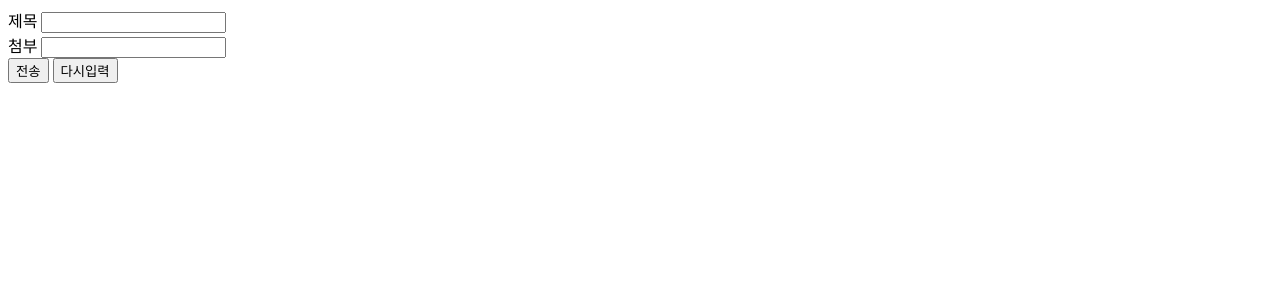
Repository: shyeom94/jspstudy
Page: 01_servlet/src/main/webapp/pkg06_upload/NewFile.html
The author's editor kept a copy of each file at every save. The page is drawn from the files as they stood at one save, then again after the next save.
The browser window is 1280 px wide. The pictures show the whole page.

Above is the page before, as saved 2024-02-28 06:47:37.

After the next save:
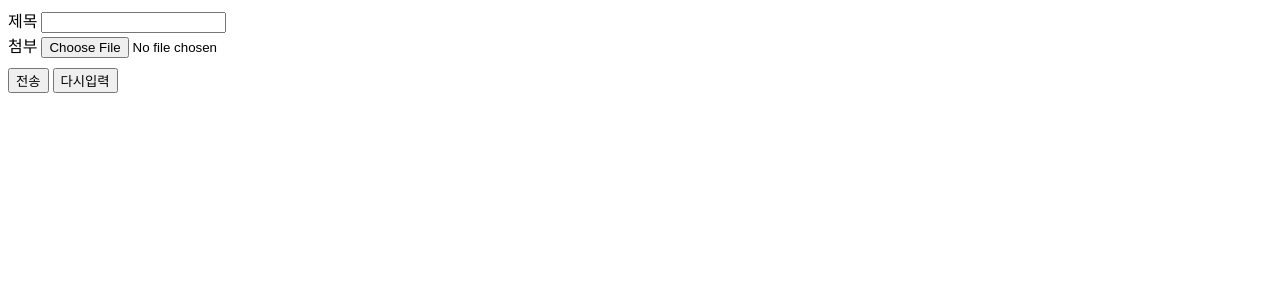
Saved 69 s later.
--- a/01_servlet/src/main/webapp/pkg06_upload/NewFile.html
+++ b/01_servlet/src/main/webapp/pkg06_upload/NewFile.html
@@ -5,6 +5,11 @@
 <title>pkg06_upload</title>
 <!-- CDN을 이용하기 -->
 <script src="https://code.jquery.com/jquery-3.7.1.min.js" integrity="sha256-/JqT3SQfawRcv/BIHPThkBvs0OEvtFFmqPF/lYI/Cxo=" crossorigin="anonymous"></script>
+<style>
+.btn-wrap {
+margin-top : 10px;
+}
+</style>
 </head>
 <body>
 
@@ -17,7 +22,7 @@
   </div>
   <div class="inp-wrap">
     <label for="attach-file">첨부</label>
-    <input type="text" name="attach-file" id="attach-file">
+    <input type="file" name="attach-file" id="attach-file">
   </div>
   <div class="btn-wrap">
     <button type="submit">전송</button>
